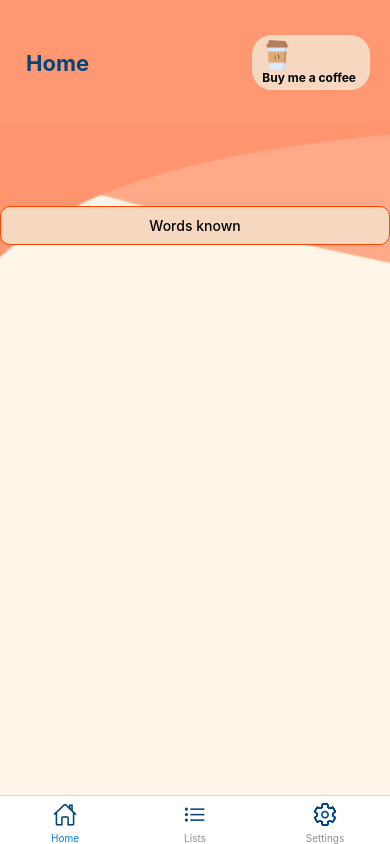
Repository: David-Waite/SpellingApp
Screen: /
An editor plug-in stored every save of this project. The screen is shown before and after the next save, followed by the edit.
The app was drawn by React Native's web renderer in a window 390 px wide. The project was rebuilt for these pictures with package versions that can differ from the ones it lists, and the page was loaded fresh each time. Also part of the build but not shown: screens/Settings.js, screens/SpellWord.js, screens/WordsLearnt.js, screens/WordListOverview.js, screens/WordLists.js, screens/Donate.js.

Above is the screen before, as saved 2023-06-22 21:55:22.

### App.js
import { NavigationContainer } from "@react-navigation/native";
import { StatusBar } from "expo-status-bar";
import { StyleSheet } from "react-native";
import { Ionicons } from "@expo/vector-icons";

import Home from "./screens/Home";
import Settings from "./screens/Settings";
import SpellWord from "./screens/SpellWord";
import WordsLearnt from "./screens/WordsLearnt";
import WordListOverview from "./screens/WordListOverview";
import WordLists from "./screens/WordLists";

import { createStackNavigator } from "@react-navigation/stack";
import { createBottomTabNavigator } from "@react-navigation/bottom-tabs";
import { GlobalStyles } from "./constants/styles";
import { Image } from "react-native";
import { ImageBackground } from "react-native";
import CoffeeBtn from "./components/ui/CoffeeBtn";
import Donate from "./screens/Donate";

const BottomTabs = createBottomTabNavigator();
const Stack = createStackNavigator();

function BottomTabsScreens() {
  return (
    <BottomTabs.Navigator>
      <BottomTabs.Screen
        name="Home"
        component={Home}
        headerShadowVisible={false}
        options={({ navigation }) => ({
          headerRight: () => (
            <CoffeeBtn
              onPress={() => {
                navigation.navigate("Donate");
              }}
            />
          ),
          title: "Home",
          tabBarLabel: "Home",
          headerTitleAlign: "left",
          headerShadowVisible: false,
          headerTitleStyle: {
            color: GlobalStyles.colors.accent500,
            fontSize: 22,
            marginLeft: 10,
            fontWeight: 700,
          },
          headerStyle: {
            backgroundColor: GlobalStyles.colors.primary400,
            height: 125,
          },

          tabBarIcon: ({ color, size }) => (
            <Ionicons
              name="home-outline"
              size={size}
              color={GlobalStyles.colors.accent500}
            />
          ),
        })}
      />
      <BottomTabs.Screen
        name="WordLists"
        component={WordLists}
        options={{
          title: "Word Lists",
          tabBarLabel: "Lists",
          tabBarIcon: ({ color, size }) => (
            <Ionicons
              name="list-outline"
              size={size}
              color={GlobalStyles.colors.accent500}
            />
          ),
        }}
      />
      <BottomTabs.Screen
        name="Settings"
        component={Settings}
        options={{
          title: "Settings",
          tabBarLabel: "Settings",
          tabBarIcon: ({ color, size }) => (
            <Ionicons
              name="settings-outline"
              size={size}
              color={GlobalStyles.colors.accent500}
            />
          ),
        }}
      />
    </BottomTabs.Navigator>
  );
}
export default function App() {
  return (
    <>
      <StatusBar style="light" />
      <NavigationContainer>
        <Stack.Navigator>
          <Stack.Screen
            name="BottomTabsScreen"
            component={BottomTabsScreens}
            options={{ headerShown: false }}
          />
          <Stack.Screen
            name="WordsLearnt"
            component={WordsLearnt}
            options={{ presentation: "modal" }}
          />
          <Stack.Screen name="WordListOverview" component={WordListOverview} />
          <Stack.Screen
            name="SpellWord"
            component={SpellWord}
            options={{ presentation: "modal" }}
          />
          <Stack.Screen
            name="Donate"
            component={Donate}
            options={{ presentation: "modal" }}
          />
        </Stack.Navigator>
      </NavigationContainer>
    </>
  );
}

const styles = StyleSheet.create({
  container: {
    flex: 1,
    backgroundColor: "#fff",
    alignItems: "center",
    justifyContent: "center",
  },
});

### screens/Home.js
import { ImageBackground, Text, View } from "react-native";

import { StyleSheet } from "react-native";
import { GlobalStyles } from "../constants/styles";

import WordsLearntCard from "../components/ui/WordsLearntCard";
function Home({ navigation }) {
  return (
    <View style={styles.container}>
      <ImageBackground
        style={styles.ImageBackground}
        source={require("../images/SpellingAppHeaderBackground.png")}
      >
        <WordsLearntCard navigation={navigation} />
      </ImageBackground>
    </View>
  );
}

export default Home;

const styles = StyleSheet.create({
  container: {
    flex: 1,
    backgroundColor: GlobalStyles.colors.background,
  },
  ImageBackground: {
    resizeMode: "contain",
    height: 200,
    justifyContent: "center",
  },
});

### constants/styles.js
export const GlobalStyles = {
  colors: {
    background: "#FFF6E9",
    primary50: "#FFF0E5",
    primary100: "#F6D7BF",
    primary100Dark: "#c7ad99",
    primary300: "#FFA989",
    primary400: "#FF9872",
    primary500: "#FF946E",
    primary800: "#FF4400",
    accent500: "#00467B",
    success500: "#0A8900",
    error500: "#FF0000",
  },
};

### components/ui/CoffeeBtn.js
import { Image } from "react-native";
import { StyleSheet } from "react-native";
import { Pressable } from "react-native";
import { View, Text } from "react-native";
import { GlobalStyles } from "../../constants/styles";

function CoffeeBtn({ onPress }) {
  return (
    <Pressable
      onPress={onPress}
      style={({ pressed }) => [styles.conatiner, pressed && styles.pressed]}
    >
      <View style={styles.layoutConatiner}>
        <Image
          style={styles.coffee}
          source={require("../../images/coffee-cup.png")}
        />
        <Text style={styles.text}>Buy me a coffee</Text>
      </View>
    </Pressable>
  );
}

export default CoffeeBtn;

const styles = StyleSheet.create({
  conatiner: {
    backgroundColor: GlobalStyles.colors.primary100,
    borderRadius: 20,
    flexDirection: "row",
    alignItems: "center",
    paddingLeft: 10,
    paddingRight: 14,
    paddingVertical: 5,
    gap: 5,
    marginRight: 20,
  },
  text: {
    fontSize: 12,
    fontWeight: 700,
  },
  coffee: {
    width: 30,
    height: 30,
  },
  pressed: {
    backgroundColor: GlobalStyles.colors.primary100Dark,
    borderRadius: 20,
  },
});

### components/ui/WordsLearntCard.js
import { Text, StyleSheet } from "react-native";

import { GlobalStyles } from "../../constants/styles";
import { Pressable } from "react-native";
import { View } from "react-native";

function WordsLearntCard({ navigation }) {
  return (
    <Pressable onPress={() => navigation.navigate("WordsLearnt")}>
      <View style={styles.container}>
        <Text style={styles.WordsKnownText}>Words known</Text>
      </View>
    </Pressable>
  );
}

export default WordsLearntCard;

const styles = StyleSheet.create({
  container: {
    backgroundColor: GlobalStyles.colors.primary100,
    paddingHorizontal: 10,
    paddingVertical: 10,
    borderRadius: 10,
    borderColor: GlobalStyles.colors.primary800,
    borderWidth: 1,
  },
  WordsKnownText: {
    textAlign: "center",
    fontWeight: "500",
  },
  pressed: {
    opacity: 0.75,
  },
});

After the next save:
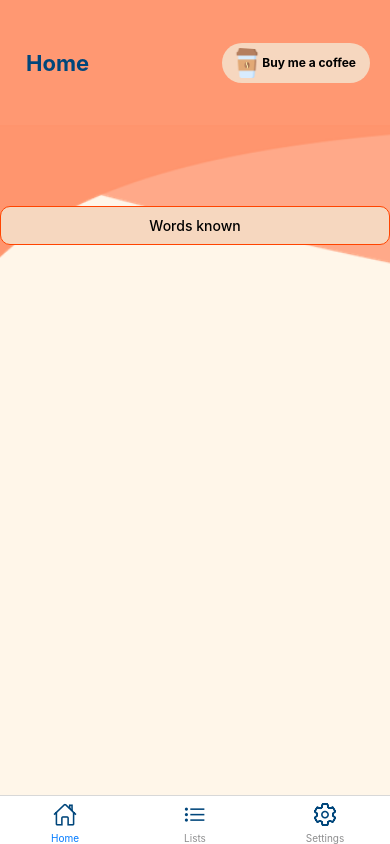
Saved 18 s later.
--- a/components/ui/CoffeeBtn.js
+++ b/components/ui/CoffeeBtn.js
@@ -27,13 +27,16 @@ const styles = StyleSheet.create({
   conatiner: {
     backgroundColor: GlobalStyles.colors.primary100,
     borderRadius: 20,
-    flexDirection: "row",
-    alignItems: "center",
+
     paddingLeft: 10,
     paddingRight: 14,
     paddingVertical: 5,
     gap: 5,
     marginRight: 20,
+  },
+  layoutConatiner: {
+    flexDirection: "row",
+    alignItems: "center",
   },
   text: {
     fontSize: 12,
